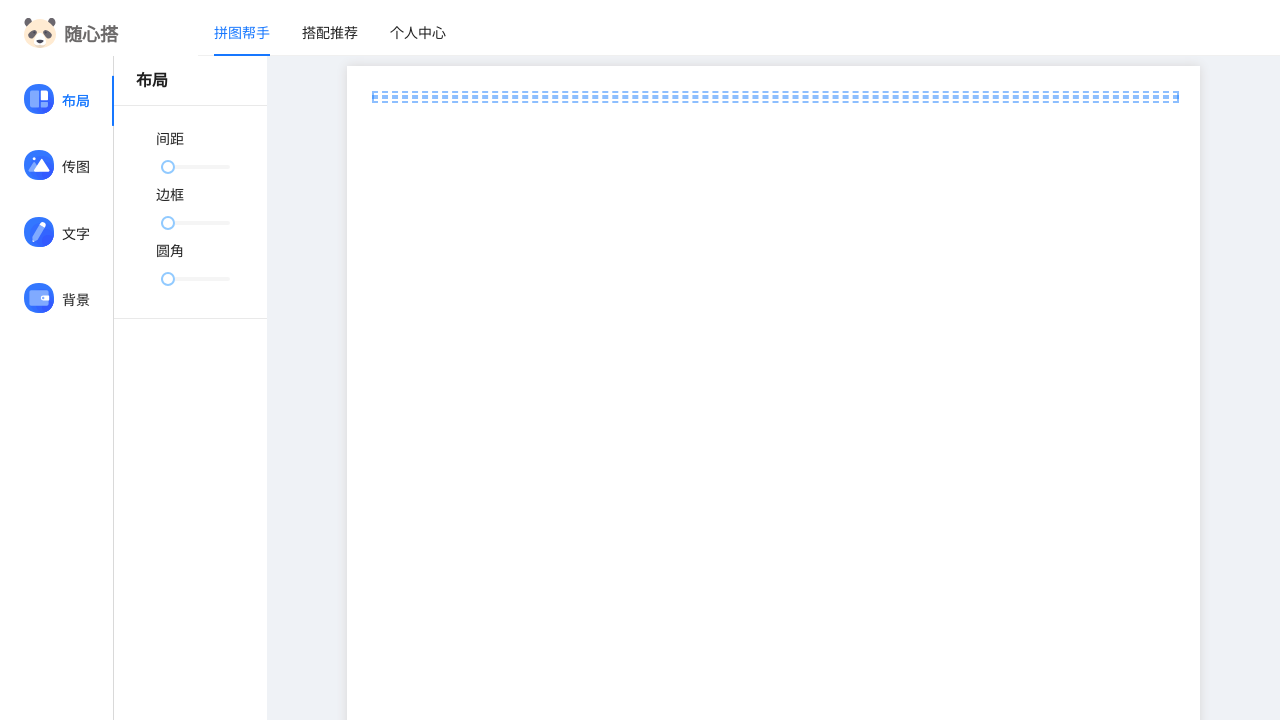
Repository: zzq1101921989/low-code
Page: /
An editor plug-in stored every save of this project. The page is shown before and after the next save, followed by the edit.
The browser window is 1280 px wide. The pictures show the whole page.
The project was rebuilt for these pictures with package versions that can differ from the ones it lists, and the page was loaded fresh each time. Also part of the build but not shown: vite.config.ts, src/pages/admin/index.tsx, src/components/icon/ClothesIcon.tsx, src/components/icon/HairIcon.tsx, src/components/icon/PantsIcon.tsx, src/components/icon/ShoeIcon.tsx, src/pages/recommend/index.tsx.

Above is the page before, as saved 2023-05-07 12:26:45.

After the next save:
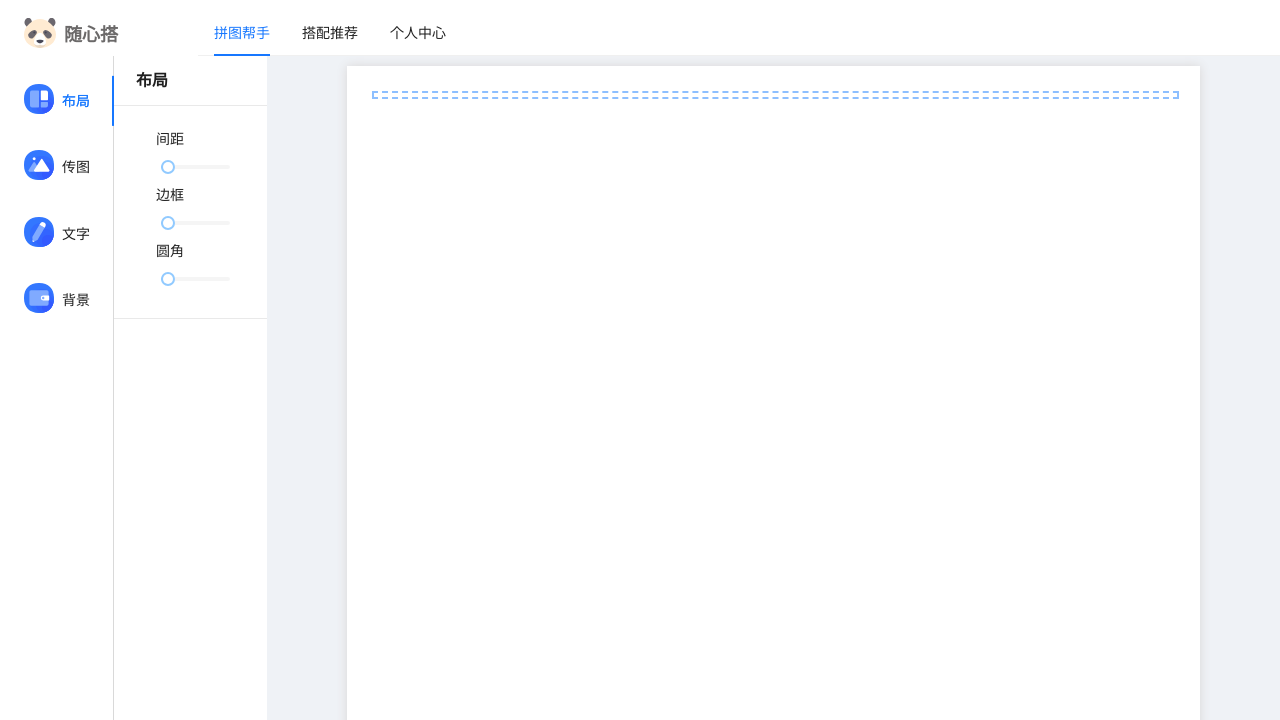
Saved 60 s later.
--- a/src/pages/home/features/DrawImage/index.tsx
+++ b/src/pages/home/features/DrawImage/index.tsx
@@ -20,11 +20,6 @@ const DrawImage: FC<DrawImageProps> = (props) => {
           <ItemBox />
         </Col>
       </Row>
-      <Row gutter={[16, 16]} style={{}}>
-        <Col span={24}>
-          <ItemBox />
-        </Col>
-      </Row>
     </div>
   );
 };
